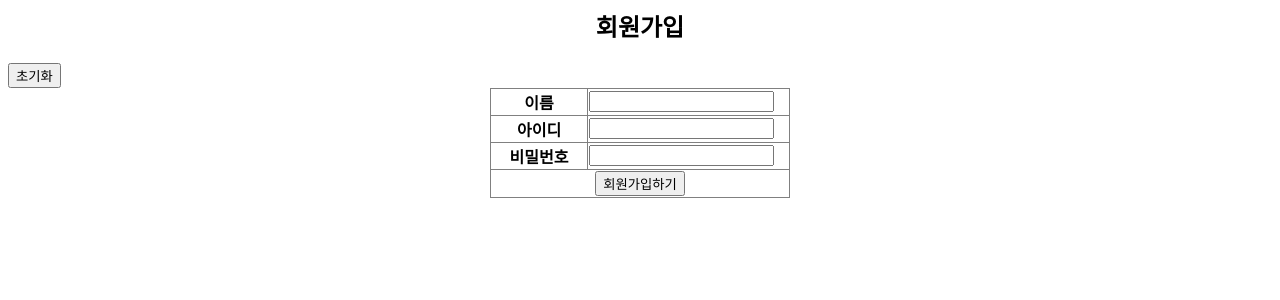
Repository: kwonminsung0/jspStudy
Page: http://localhost/jspStudy/login/new_member.jsp
An editor plug-in stored every save of this project. The page is shown before and after the next save, followed by the edit.
The browser window is 1280 px wide. The pictures show the whole page.
The page is served by Tomcat 9.

Above is the page before, as saved 2024-12-09 02:50:02.

After the next save:
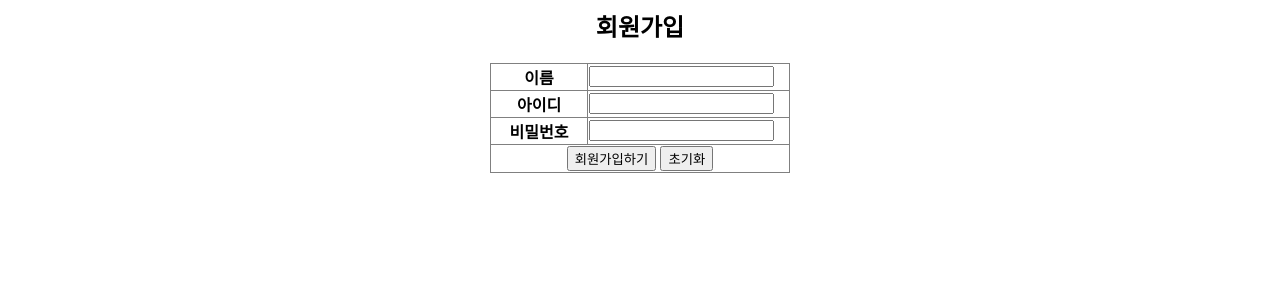
Saved 20 s later.
--- a/jspStudy/src/main/webapp/login/new_member.jsp
+++ b/jspStudy/src/main/webapp/login/new_member.jsp
@@ -31,7 +31,7 @@
 			</tr>
 			<tr>
 				<td colspan="2" align="center">
-					<input type="submit" value="회원가입하기"></td>
+					<input type="submit" value="회원가입하기">
 					<input type="reset" value="초기화"></td>
 			</tr>
 		</table>
